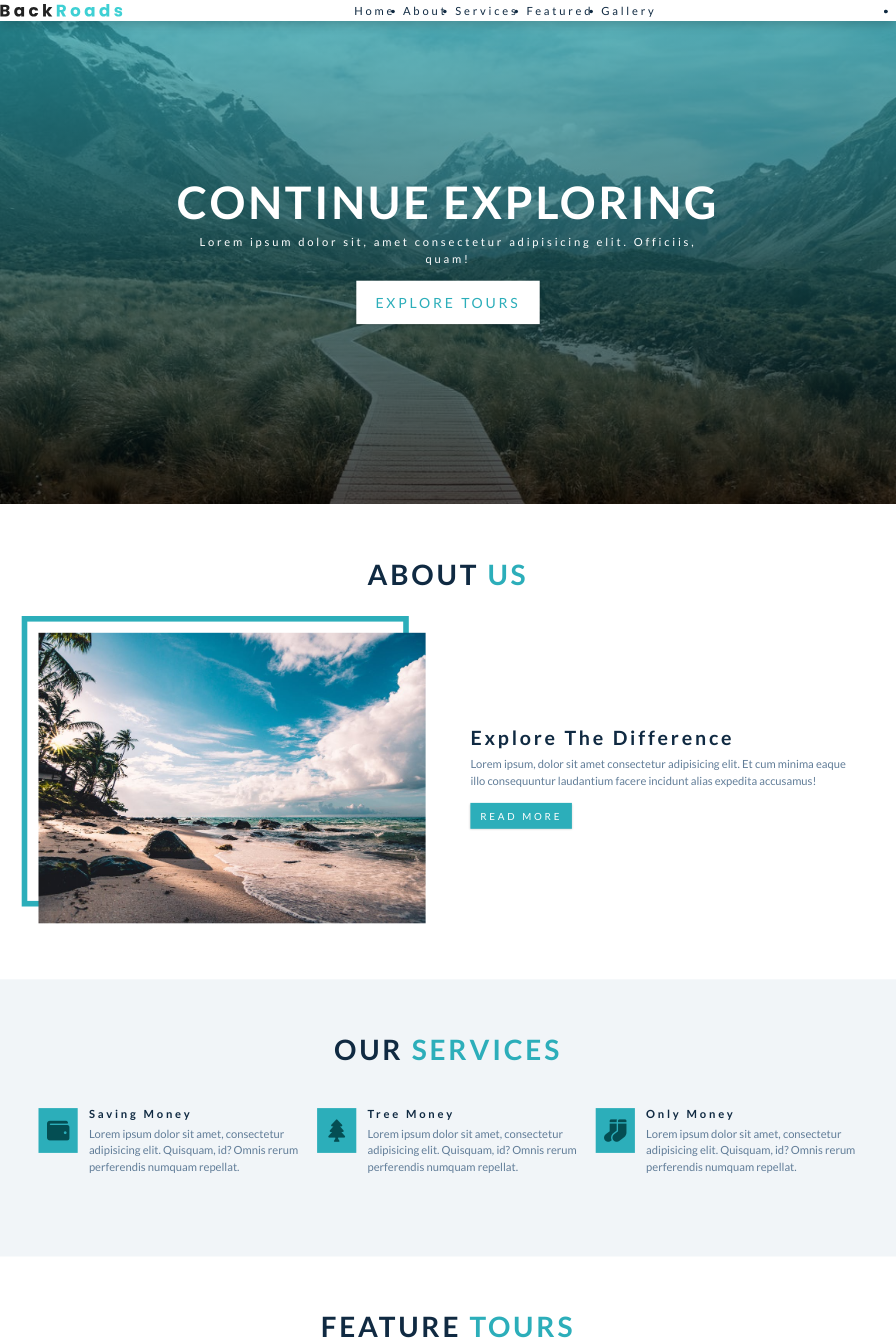
Repository: Ndifoinhilary/flexbox-project
Page: index.html
The author's editor kept a copy of each file at every save. The page is drawn from the files as they stood at one save, then again after the next save.
The browser window is 1280 px wide. The pictures show the part of the page from y = 0 to 1920 px (the page is 3983 px tall), at 70% of full size.

Above is the page before, as saved 2024-01-24 10:32:15.

### index.html
<!DOCTYPE html>
<html lang="en">
  <head>
    <meta charset="UTF-8" />
    <meta name="viewport" content="width=device-width, initial-scale=1.0" />
    <meta http-equiv="X-UA-Compatible" content="ie=edge" />
    <title>Backroads || Tour Company</title>
    <!-- favicon -->
    <link rel="shortcut icon" href="./images/favicon.ico" type="image/x-icon" />
    <!-- font-awesome -->
    <link rel="stylesheet" href="fontawesome-free-5.9.0-web/css/all.min.css" />
    <!-- styles css -->
    <link rel="stylesheet" href="./css/main.css" />
  </head>
  <body>
    <header id="home">
      <!-- nav bar -->
      <nav class="navbar">
        <div class="nav-center">
          <div class="nav-header">
            <img src="./images/logo.svg" class="nav-logo" alt="">
            <button type="button" id="nav-toggle" class="nav-toggle" ><i class="fas fa-bars"></i></button>
          </div>
          <ul class="nav-links " id="nav-links">
            <li>
              <a href="#home" class="nav-link scroll-link">home</a>
            </li>
            <li>
              <a href="#about" class="nav-link scroll-link">about</a>
            </li>
            <li>
              <a href="#services" class="nav-link scroll-link">services</a>
            </li><li>
              <a href="#featured" class="nav-link scroll-link">featured</a>
            </li><li>
              <a href="#gallery" class="nav-link scroll-link">gallery</a>
            </li>
          </ul>
          <ul class="nav-icons">
            <li>
              <a href="#https://www.twitter.com" target="_blank" class="nav-icon"><i class="fab fa-facebook">facebook</i></a>
            </li>
            <li>
              <a href="#https://www.twitter.com" target="_blank" class="nav-icon"><i class="fab fa-squarespace">sqaurespace</i></a>
            </li>
          </ul>
        </div>
      </nav>
      <!-- end of nav bar -->
  <!-- hero section  -->
  <div class="hero">
    <div class="hero-banner">
      <h1>continue exploring</h1>
      <p>Lorem ipsum dolor sit, amet consectetur adipisicing elit. Officiis, quam!</p>
      <a href="#featured" class="btn hero-btn scroll-link ">explore tours</a>
    </div>
  </div>
   <!-- end of hero section  -->
    </header>
    <!-- end of header -->
   <!-- section -->
    <section class="section" id="about">
      <!-- section title -->
      <div class="section-title">
        <h2>about <span>us</span></h2>
      </div>
            <!-- section title -->
        <div class="section-center about-center">
          <!-- about image wrapper -->
          <article class="about-img">
            <img src="./images/about.jpeg"  class="about-photo" alt="awesome">
          </article>
          <!-- about infor -->
          <artilce class="about-info">
            <h3>explore the difference</h3>
            <p>Lorem ipsum, dolor sit amet consectetur adipisicing elit. Et cum minima eaque illo consequuntur laudantium facere incidunt alias expedita accusamus!</p>
            <a href="#" class="btn">read more</a>
          </artilce>
        </div>
    </section>
    <!-- end of about  section -->


    <!-- service section start -->

    <section class="section services" id="services">
      <div class="section-title">
        <h2>our <span>services</span></h2>
      </div>
      <div class="section-center services-center">
        <!-- single service -->
        <article class="service">
          <span class="service-icon">
            <i class="fas fa-wallet fa-fw"></i>
          </span>
          <div class="service-info">
            <h4 class="service-title" >saving money</h4>
            <p class="service-text"> Lorem ipsum dolor sit
              amet, consectetur adipisicing elit. Quisquam, id?
               Omnis rerum perferendis numquam repellat.</p>
          </div>
        </article>
        <article class="service">
          <span class="service-icon">
            <i class="fas fa-tree fa-fw"></i>
          </span>
          <div class="service-info">
            <h4 class="service-title" >tree money</h4>
            <p class="service-text"> Lorem ipsum dolor sit
              amet, consectetur adipisicing elit. Quisquam, id?
               Omnis rerum perferendis numquam repellat.</p>
          </div>
        </article>
         <article class="service">
          <span class="service-icon">
            <i class="fas fa-socks fa-fw"></i>
          </span>
          <div class="service-info">
            <h4 class="service-title" >only  money</h4>
            <p class="service-text"> Lorem ipsum dolor sit
              amet, consectetur adipisicing elit. Quisquam, id?
               Omnis rerum perferendis numquam repellat.</p>
          </div>
        </article>
      </div>
      </section>

<!-- feartueres tours -->

<section class="section" id="featured">
  <div class="section-title">
    <h2>feature <span>tours</span></h2>
  </div>
  <!-- featured center -->
 <div class="section-center featured-center">
  <article class="tour-card">
    <div class="tour-img-container">
      <img src="./images/tour-1.jpeg"    alt="tour around" class="tour-mg">
      <p class="tour-date">january 21th , 2024</p>
    </div>
    <div class="tour-info">
     <div class="tour-title">
      <h4>tibet advanture</h4>
      <p>34 days</p>
     </div>
      <p>Lorem ipsum dolor sit, amet consectetur adipisicing elit. Tempore voluptates error, necessitatibus doloribus sequi eaque! Sunt
        perferendis sequi dignissimos suscipit!</p>

        <div class="tour-footer">
          <p><span><i class="fas fa-map" >Cameroon</i></span></p>
          <p>$1200</p>
        </div>
    </div>
  </article>
  <article class="tour-card">
    <div class="tour-img-container">
      <img src="./images/tour-2.jpeg"    alt="tour around" class="tour-mg">
      <p class="tour-date">january 21th , 2024</p>
    </div>
    <div class="tour-info">
      <h4>tibet adventure</h4>
      <p>Lorem ipsum dolor sit, amet consectetur adipisicing elit. Tempore voluptates error, necessitatibus doloribus sequi eaque! Sunt
        perferendis sequi dignissimos suscipit!</p>

        <div class="tour-footer">
          <p><span><i class="fas fa-map" >Cameroon</i></span></p>
          <p>days</p>
          <p>$1200</p>
        </div>
    </div>
  </article>
    <article class="tour-card">
    <div class="tour-img-container">
      <img src="./images/tour-3.jpeg"    alt="tour around" class="tour-mg">
      <p class="tour-date">january 21th , 2024</p>
    </div>
    <div class="tour-info">
      <h4>tibet adventure</h4>
      <p>Lorem ipsum dolor sit, amet consectetur adipisicing elit. Tempore voluptates error, necessitatibus doloribus sequi eaque! Sunt
        perferendis sequi dignissimos suscipit!</p>

        <div class="tour-footer">
          <p><span><i class="fas fa-map" >Cameroon</i></span></p>
          <p>12 days</p>
          <p>$1200</p>
        </div>
    </div>
  </article>
  <article class="tour-card">
    <div class="tour-img-container">
      <img src="./images/tour-4.jpeg"    alt="tour around" class="tour-mg">
      <p class="tour-date">january 21th , 2024</p>
    </div>
    <div class="tour-info">
      <h4>tibet adventure</h4>
      <p>Lorem ipsum dolor sit, amet consectetur adipisicing elit. Tempore voluptates error, necessitatibus doloribus sequi eaque! Sunt
        perferendis sequi dignissimos suscipit!</p>

        <div class="tour-footer">
          <p><span><i class="fas fa-map" >Cameroon</i></span></p>
          <p>12 days</p>
          <p>$1200</p>
        </div>
    </div>
  </article>
 </div>
 <div class="tour-btn">
  <a href="#" class="btn"> all tours</a>
 </div>
</section>

<!-- end   feartueres tours -->

<!-- contact section -->
<section class="section contact" id="contact">
  <div class="section-center contact-center">
    <article class="contact-title">
      <h3>want latest tour info and updates</h3>
      <p>Sign up for newsletter and stay up to date </p>
    </article>
    <form action="" class="contact-form">
      <input type="email" name="email" class="form-control" placeholder="your email">
      <button type="submit" class="btn-submit">submit</button>
    </form>
  </div>
</section>



<!--end of   contact section -->

   <!-- gallery -->
   <section id="gallery">
    <div class="gallery-center">
      <article class="gallery-img-container">
        <img src="./images/tour-1.jpeg" class="gallery-img" alt="">
        <a href="#" class="gallery-icon"><i class="fas fa-search"></i></a>
      </article>
       <article class="gallery-img-container">
        <img src="./images/tour-2.jpeg" class="gallery-img" alt="">
        <a href="#" class="gallery-icon"><i class="fas fa-search"></i></a>
      </article>
        <article class="gallery-img-container">
        <img src="./images/tour-3.jpeg" class="gallery-img" alt="">
        <a href="#" class="gallery-icon"><i class="fas fa-search"></i></a>
      </article>
        <article class="gallery-img-container">
        <img src="./images/tour-4.jpeg" class="gallery-img" alt="">
        <a href="#" class="gallery-icon"><i class="fas fa-search"></i></a>
      </article>
       <article class="gallery-img-container">
        <img src="./images/tour-5.jpeg" class="gallery-img" alt="">
        <a href="#" class="gallery-icon"><i class="fas fa-search"></i></a>
      </article>
       <article class="gallery-img-container">
        <img src="./images/tour-6.jpeg" class="gallery-img" alt="">
        <a href="#" class="gallery-icon"><i class="fas fa-search"></i></a>
      </article>
         <article class="gallery-img-container">
        <img src="./images/tour-2.jpeg" class="gallery-img" alt="">
        <a href="#" class="gallery-icon"><i class="fas fa-search"></i></a>
      </article>
        <article class="gallery-img-container">
        <img src="./images/tour-1.jpeg" class="gallery-img" alt="">
        <a href="#" class="gallery-icon"><i class="fas fa-search"></i></a>
      </article>
    </div>
   </section>
   <!-- end of gallery -->

   <!-- footer section -->
   <footer class="section footer">
    <ul class="footer-links">
      <li>
        <a href="#home" class="footer-link scroll-link">home</a>
      </li>
      <li>
        <a href="#about" class="footer-link scroll-link">about</a>
      </li>
      <li>
        <a href="#services" class="footer-link scroll-link">services</a>
      </li><li>
        <a href="#featured" class="footer-link scroll-link">featured</a>
      </li><li>
        <a href="#gallery" class="footer-link scroll-link">gallery</a>
      </li>
    </ul>
    <ul class="footer-icons">
      <li>
        <a href="#https://www.twitter.com" target="_blank" class="footer-icon"><i class="fab fa-facebook">facebook</i></a>
      </li>
      <li>
        <a href="#https://www.twitter.com" target="_blank" class="footer-icon"><i class="fab fa-squarespace">sqaurespace</i></a>
      </li>
    </ul>
    <p class="copyright">
      copyright &copy; backraods travel tour company <span id="date"></span> all right reserved
    </p>
   </footer>
   <!-- end of foooter section -->
   <script src="/js/app.js" defer></script>
  </body>
</html>

### css/main.css
/*
===============
Fonts
===============
*/
@import url("https://fonts.googleapis.com/css?family=Lato:400,700&display=swap");

/*
===============
Variables
===============
*/

:root {
  /* dark shades of primary color*/
  --clr-primary-1: hsl(184, 91%, 17%);
  --clr-primary-2: hsl(185, 84%, 25%);
  --clr-primary-3: hsl(185, 81%, 29%);
  --clr-primary-4: hsl(184, 77%, 34%);
  /* primary/main color */
  --clr-primary-5: hsl(185, 62%, 45%);
  /* lighter shades of primary color */
  --clr-primary-6: hsl(185, 57%, 50%);
  --clr-primary-7: hsl(184, 65%, 59%);
  --clr-primary-8: hsl(184, 80%, 74%);
  --clr-primary-9: hsl(185, 94%, 87%);
  --clr-primary-10: hsl(186, 100%, 94%);
  /* darkest grey - used for headings */
  --clr-grey-1: hsl(209, 61%, 16%);
  --clr-grey-2: hsl(211, 39%, 23%);
  --clr-grey-3: hsl(209, 34%, 30%);
  --clr-grey-4: hsl(209, 28%, 39%);
  /* grey used for paragraphs */
  --clr-grey-5: hsl(210, 22%, 49%);
  --clr-grey-6: hsl(209, 23%, 60%);
  --clr-grey-7: hsl(211, 27%, 70%);
  --clr-grey-8: hsl(210, 31%, 80%);
  --clr-grey-9: hsl(212, 33%, 89%);
  --clr-grey-10: hsl(210, 36%, 96%);
  --clr-white: #fff;
  --ff-primary: "Lato", sans-serif;
  --transition: all 0.3s linear;
  --spacing: 0.25rem;
  --radius: 0.5rem;
  --light-shadow: 0 5px 15px rgba(0, 0, 0, 0.1);
  --dark-shadow: 0 5px 15px rgba(0, 0, 0, 0.2);
}
/*
===============
Global Styles
===============
*/

* {
  margin: 0;
  padding: 0;
  box-sizing: border-box;
}
body {
  font-family: var(--ff-primary);
  background: var(--clr-white);
  color: var(--clr-grey-1);
  line-height: 1.5;
  font-size: 0.875rem;
}
a {
  text-decoration: none;
}
img:not(.nav-logo) {
  width: 100%;
  display: block;
}

h1,
h2,
h3,
h4 {
  letter-spacing: var(--spacing);
  text-transform: capitalize;
  line-height: 1.25;
  margin-bottom: 0.75rem;
}
h1 {
  font-size: 3rem;
}
h2 {
  font-size: 2rem;
}
h3 {
  font-size: 1.25rem;
}
h4 {
  font-size: 0.875rem;
}
p {
  margin-bottom: 1.25rem;
  color: var(--clr-grey-5);
}
@media screen and (min-width: 800px) {
  h1 {
    font-size: 4rem;
  }
  h2 {
    font-size: 2.5rem;
  }
  h3 {
    font-size: 1.75rem;
  }
  h4 {
    font-size: 1rem;
  }
  body {
    font-size: 1rem;
  }
  h1,
  h2,
  h3,
  h4 {
    line-height: 1;
  }
}
/*  global classes */

.btn {
  text-transform: uppercase;
  background: var(--clr-primary-5);
  color: var(--clr-white);
  padding: 0.375rem 0.75rem;
  letter-spacing: var(--spacing);
  display: inline-block;
  /* font-weight: 700; */
  transition: var(--transition);
  font-size: 0.875rem;
  border: 2px solid transparent;
  cursor: pointer;
  box-shadow: 0 1px 3px rgba(0, 0, 0, 0.2);
}
.btn:hover {
  color: var(--clr-primary-1);
  background: var(--clr-primary-8);
}
.section {
  padding: 5rem 0;
}
.section-title {
  text-align: center;
  margin-bottom: 4rem;
}
.section-title h2 {
  text-transform: uppercase;
}
.section-title span {
  color: var(--clr-primary-5);
}
.section-center {
  width: 90vw;
  margin: 0 auto;
  max-width: 1170px;
}
@media screen and (min-width: 992px) {
  .section-center {
    width: 95vw;
  }
}
/*
===============
Navbar
===============
*/


.navbar{
  position: fixed;
  top: 0;
  left: 0;
  width: 100%;
  background: var(--clr-white);
  box-shadow: var(--dark-shadow);
  z-index: 2;
}
.nav-icon{
  display: none;
}
.nav-center{
  width: 100%;
  max-width: 1170%;
  margin: 0 auto;
}
.nav-header{
  display: flex;
  justify-content: space-between;
  align-items: center;
  padding: 1rem 2rem;
}
.nav-toggle{
  background: transparent;
  border: transparent;
  font-size: 1.5rem;
  color: var(--clr-primary-5);
  transition: var(--transition);

}
.nav-toggle{
  transform: scale(1.2);
}

.nav-link{
  display: block;
  padding: 1rem 2rem;
  text-transform: capitalize;
  letter-spacing: var(--spacing);
  transition: var(--transition);
  color: var(--clr-grey-1);
  cursor: pointer;
  font-size: 1rem;
}


.nav-link:hover{
  color: var(--clr-primary-1);
  background: var(--clr-primary-8);
  padding-left: 2.25rem;
}
.nav-links{
  height: 0;
  overflow: hidden;
  transition: var(--transition);

}
.show-links{
  height: 279.95px;
}

@media screen and (min-width:992px) {
  .nav-toggle{
    display: none;
  }
  .nav-center{
    display: flex;
    justify-content: space-between;
    align-items: center;
    flex-wrap: wrap;
  }
  .nav-links{
    height: auto;
    display: flex;
  }
  .nav-header{
    padding: 0 0;
  }
  .nav-link{
    padding: 0 0;
    margin-right: 0.7rem;
  }
  .nav-link:hover{
    color: var(--clr-primary-5);
    background: transparent;
  }
  .nav-icons{
    display: flex;
  }
  .nav-icon{
    margin-right: 0.7rem;
    color: var(--clr-primary-5);
    font-size: 1.2rem;
    transition: var(--transition);

}
.nav-icon:hover{
  color: var(--clr-primary-8);
}
}

/*
===============
Hero
===============
*/
.hero {
  min-height: 100vh;
  background: var(--clr-primary-5);
  display: flex;
  justify-content: center;
  align-items: center;
}
.hero-banner {
  text-align: center;
  color: var(--clr-white);
  padding: 0 3rem;
}
.hero-banner h1 {
  text-transform: uppercase;
}
.hero-banner p {
  max-width: 35rem;
  margin-left: auto;
  margin-right: auto;
  color: var(--clr-white);
  letter-spacing: var(--spacing);
}
.hero-btn {
  padding: 0.9rem 1.6rem;
  font-size: 1.25rem;
  background: var(--clr-white);
  color: var(--clr-primary-5);
}
.hero-btn:hover {
  background: transparent;
  color: var(--clr-white);
  border-color: var(--clr-white);
}
@media screen and (min-width: 768px) {
  .hero {
    background: linear-gradient(rgb(44, 174, 186, 0.7), rgba(0, 0, 0, 0.7)),
      url("../images/main.jpeg") center/cover no-repeat;
  }
  .hero-banner {
    padding: 0;
  }
  .hero-banner p {
    max-width: 45rem;
  }
}
/*
===============
About
===============
*/
/* section add to globals */
/* title add to globals */
/* section center add to globals */
.about-img,
.about-info {
  margin-bottom: 2rem;
}
@media screen and (min-width: 992px) {
  .about-center {
    display: flex;
    justify-content: space-between;
    flex-wrap: wrap;
  }
  .about-img,
  .about-info {
    flex: 0 0 calc(50% - 2rem);
    margin-bottom: 0;
    align-self: center;
  }
}

@media screen and (min-width: 1170px) {
  .about-img::before{
    content: "";
    position: absolute;
    border: 0.5rem solid var(--clr-primary-5);
    box-sizing: border-box;
    height: 100%;
    width: 100%;
    top: -1.5rem;
    left: -1.5rem;

  }
  .about-img{
    position: relative;
  }
  .about-photo{
    position: relative ;
  }
}
/*
===============
Services
===============
*/
.services{
  background: var(--clr-grey-10);
}
.service{
  text-align: center;
  margin-bottom: 3rem;
}
.service-icon{
  background: var(--clr-primary-5);
  color: var(--clr-primary-1);
  padding: 0.5rem;
  display: inline-block;
  font-size: 2rem;
  margin-bottom: 1.5rem;
}

.service-text{
  max-width: 20rem;
  margin-left: auto;
  margin-right: auto;
}



@media screen  and (min-width:576px) {
  .section-center{
    display: flex;
    justify-content: space-between;
    flex-wrap: wrap;
  }
  .service{
    flex: 0 0 calc(50% - 1rem);
    margin-bottom: 1rem;
  }
}
@media screen  and (min-width:992px) {
.service{
    flex: 0 0 calc(33.333% - 1rem);
  }
}
@media screen  and (min-width:1170px) {
.service{
  display: flex;
  text-align: left;
  }
  .service-icon{
    align-self: start;
  }
  .service-info{
    padding-left: 1rem;
  }
  .service-title{
    margin-bottom: 0.5rem;
  }
}
/*
===============
Featured Tours
===============
*/


.tour-card{
  transition: var(--transition);
  background: var(--clr-grey-10);
  box-shadow: var(--light-shadow);
  margin-bottom: 2rem;
}

.tour-card:hover{
  box-shadow: var(--dark-shadow);
  transform: scale(1.02);
}
.tour-img-container{
  position: relative;
}
.tour-img{
  height: 15rem;
  object-fit: cover;
}
.tour-date{
  position: absolute;
  right: 0;
  bottom: 0;
  background: var(--clr-primary-8);
  margin-bottom: 0;
  color: var(--clr-primary-1);
  text-transform: capitalize;
  padding: 0.25rem 0.5rem;
}
.tour-info{
  padding: 1.25rem 1.5rem;
}
.tour-footer{
  display: flex;
  justify-content: space-between;
  flex-wrap: wrap;
  align-items: center;
}
.tour-footer p {
  line-height: 0;
  margin-bottom: 0;
  text-transform: capitalize;
  color: var(--clr-primary-5);
}
.tour-btn{
  text-align: center;
}


@media screen and (min-width:760px) {
  .featured-center{
    display: flex;
    flex-wrap: wrap;
    justify-content: space-between;
  }
  .tour-card{
    flex: 0 0 calc(50% - 2rem);
  }
}
@media screen and (min-width:1170px) {
  .tour-card{
    flex: 0 0 calc(33.33% - 2rem);
  }
}
.tour-title{
  display: flex;
  justify-content: space-between;
  flex-wrap: wrap;
}
.tour-title p , .tour-title h4{
  margin-bottom: 0.75rem;
  line-height: 1.25rem;

}
.tour-title p {
  color: var(--clr-grey-7);
  text-transform: capitalize;
}



/*
===============
Contact
==============
 */



 .contact{
  background: var(--clr-primary-5);
 }

 .contact-title{
  color: var(--clr-white);
 }
 .contact-title p {
  color: var(--clr-primary-8);
 }

 .contact-form{
  display: flex;
  max-width: 28rem;

 }

.form-control{
  flex: 1 1 auto;
  color: var(--clr-grey-5);
}
.form-control, .btn-submit{
  padding:0.375rem 0.75rem;
  font-size: 1rem;
  line-height: 1.5rem;
  font-weight: 300;
  letter-spacing: var(--spacing);
  background: var(--clr-white);
  text-transform: capitalize;
  border: transparent;
}
.form-control::placeholder{
  color: inherit;
}
.btn-submit{
  font-family: var(--ff-primary);
  margin-left: 0.5rem;
  background: var(--clr-primary-8);
  color: var(--clr-primary-1);
  cursor: pointer;
  transition: var(--transition);
}


.btn-submit:hover{
  background: var(--clr-primary-1);
  color: var(--clr-primary-5);
}

@media screen and (min-width:992px) {
  .contact-center{
    display: flex;
    justify-content: space-between;
    flex-wrap: wrap;
  }
  .contact-form{
    align-self: flex-start;
    flex: 1 1 auto;
    max-width: 100%;
    padding-left: 2rem;
  }
}

/*
===============
Deals
===============
*/
/*
===============
Gallery
===============
*/


.gallery-img-container{
  position: relative;
  background: var(--clr-primary-5);
}

.gallery-icon{
  position: absolute;
  top: 50%;
  left: 50%;
  font-size: 2rem;
  transform: translate(-50%, -50%);
  color: var(--clr-white);
  opacity: 0;
  cursor: pointer;
  transition: var(--transition);
}

.gallery-img{
  height: 17rem;
  object-fit: cover;
  transition: var(--transition);
}
.gallery-img-container:hover .gallery-img{
  opacity: 0.5;
}

.gallery-img-container:hover .gallery-icon{
  opacity: 1;
}
@media screen and (min-width:768px) {
  .gallery-center{
    display: flex;
    flex-wrap: wrap;
  }
  .gallery-img-container{
    flex: 0 0 50%;
  }
}
@media screen and (min-width:992px) {
  .gallery-img-container{
    flex: 0 0 25%;
  }
}
/*
===============
Footer
===============
*/


.footer{
  background: var(--clr-grey-1);
  text-align: center;
  padding:  2rem;
}

.footer-links, .footer-icons{
  display: flex;
  justify-content:center;
  margin-bottom: 1.5rem;
  flex-wrap: wrap;
}

.footer-link{
  color: var(--clr-white);
  text-transform: capitalize;
  font-size: 1rem;
  margin-right: 1rem;
  letter-spacing: var(--spacing);
  transition: var(--transition);
}

.footer-link:hover{
  color: var(--clr-primary-5);
}

.footer-icon{
  font-size: 2rem;
  margin-right: 1rem;
  color: var(--clr-primary-8);
  transition: var(--transition);
}
.footer-icon:hover{
  color: var(--clr-white);
}

.copyright{
  text-transform: capitalize;
  letter-spacing: var(--spacing);
  color: var(--clr-white);
}

Loaded but not shown: fontawesome-free-5.9.0-web/css/all.min.css (library); js/app.js (58 lines, source omitted)

After the next save:
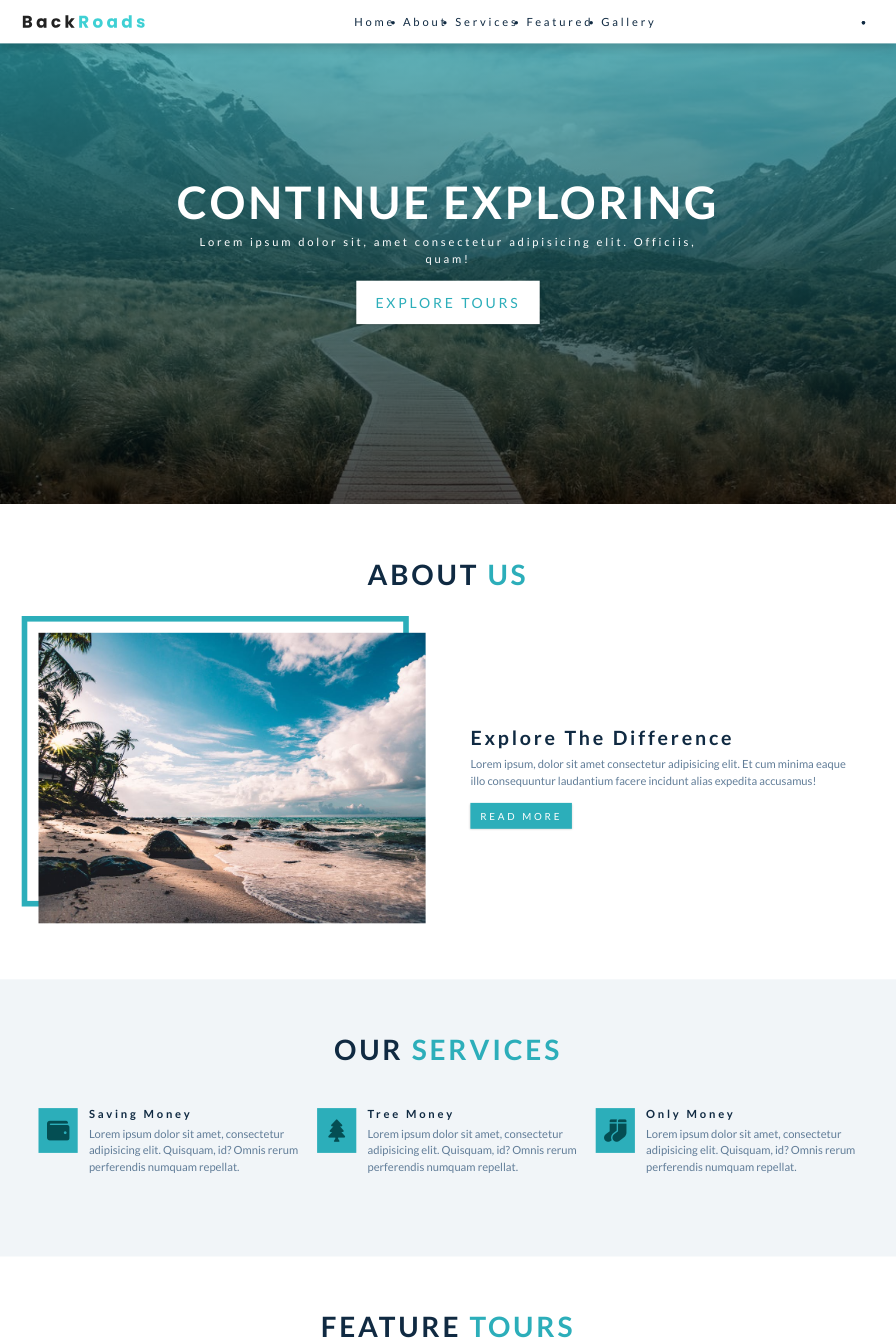
Saved 40 s later.
--- a/css/main.css
+++ b/css/main.css
@@ -167,7 +167,9 @@ p {
 Navbar
 ===============
 */
-
+.navbar{
+  padding: 1rem 2rem;
+}
 
 .navbar{
   position: fixed;
